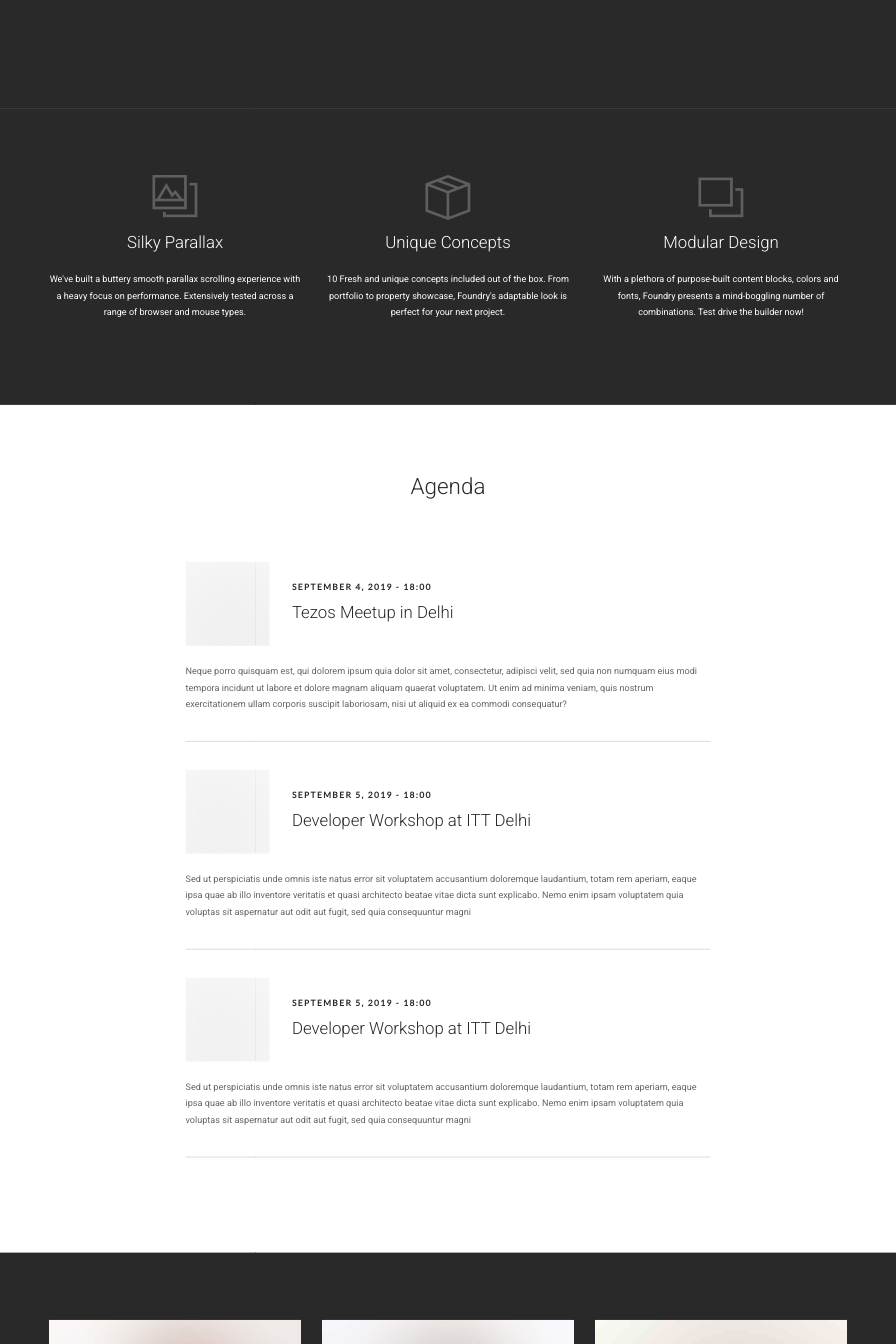
Repository: Tezos-India-Foundation/TIF-Website
Page: Tezos India Website/page.html
An editor plug-in stored every save of this project. The page is shown before and after the next save, followed by the edit.
The browser window is 1280 px wide. The pictures show the part of the page from y = 999 to 2919 px (the page is 3853 px tall before and 3910 px after), at 70% of full size.

Above is the page before, as saved 2019-08-06 16:03:13.

After the next save:
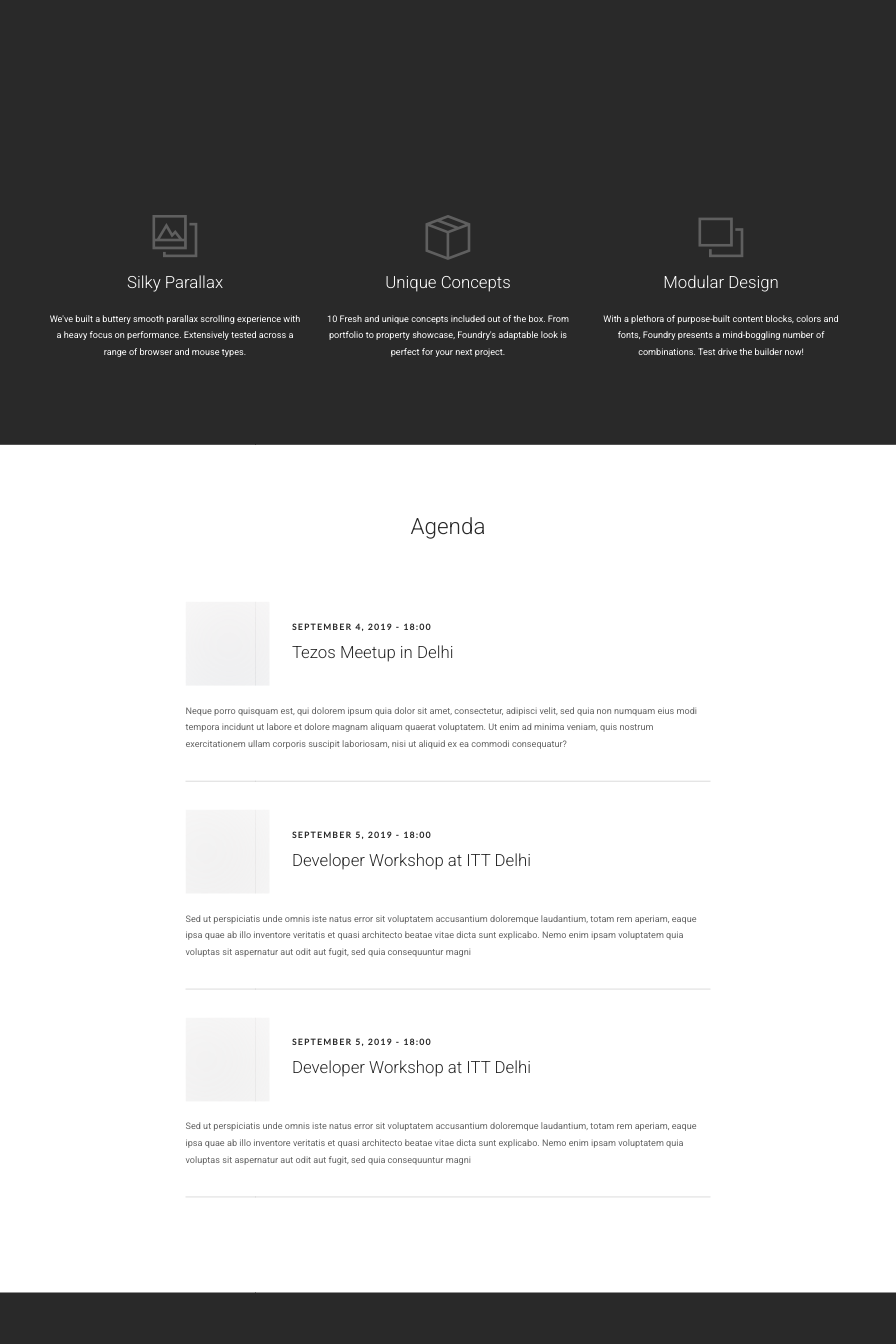
Saved 12 s later.
--- a/Tezos India Website/css/custom.css
+++ b/Tezos India Website/css/custom.css
@@ -4,5 +4,5 @@
     padding-top: 15%;
 }
 #headerbuttons {
-    padding-bottom: 5%;
+    padding-bottom: 10%;
 }
